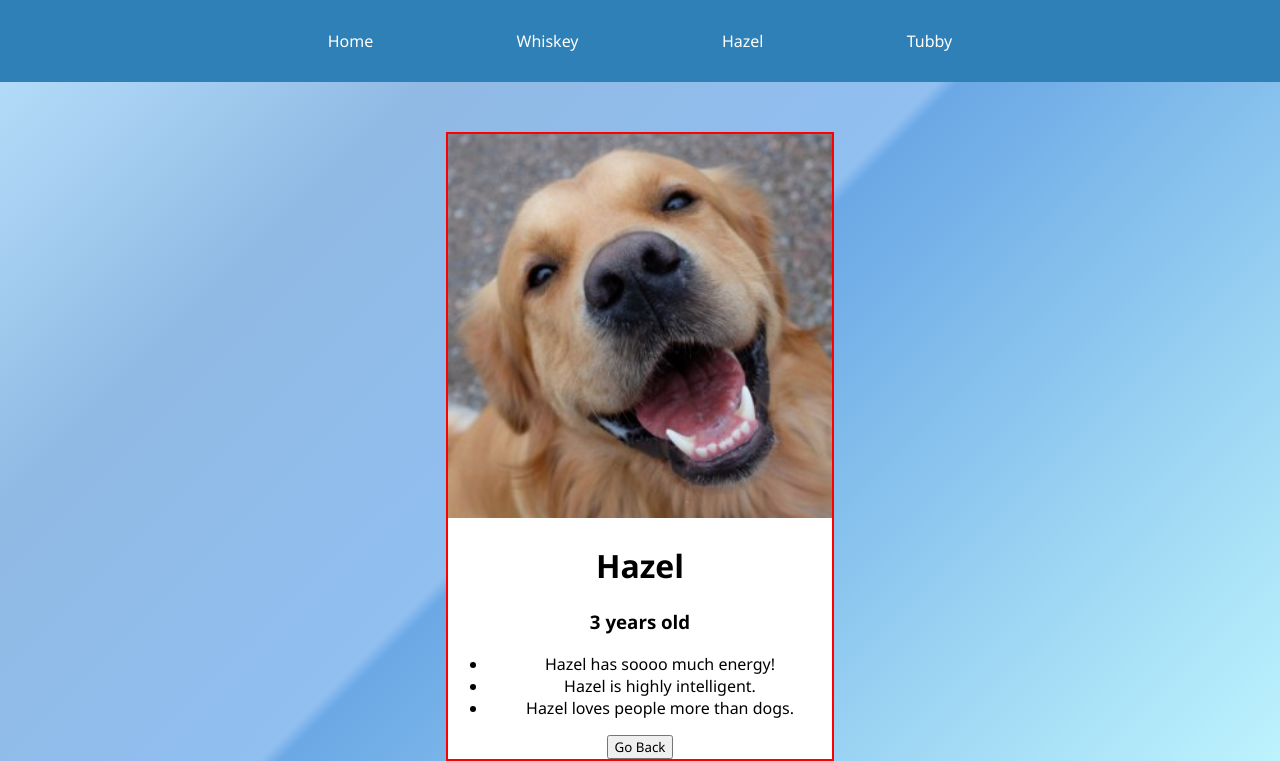
Repository: johnmutina/dog-finder
Page: /dogs/Hazel
These files come from the project's save history. The page is drawn as it stood at one moment and after the next save; the edit follows.
The browser window is 1280 px wide. The pictures show the whole page.
The project was rebuilt for these pictures with package versions that can differ from the ones it lists, and the page was loaded fresh each time. Also part of the build but not shown: src/DogFinder.css, src/DogFinder.js.

Above is the page before, as saved 2019-07-28 15:33:35.

### src/App.js
import React, { Component } from "react";
import { Switch, Route, NavLink, Redirect } from "react-router-dom";
import DogFinder from "./DogFinder";
import Dog from "./Dog";
import "./App.css";

// Import all images in image folder
function importAll(r) {
  let images = {};
  r.keys().map((item, index) => {
    images[item.replace("./", "")] = r(item);
  });
  return images;
}

const images = importAll(
  require.context("./assets", false, /\.(gif|jpe?g|svg)$/)
);

class App extends Component {
  static defaultProps = {
    dogs: [
      {
        name: "Whiskey",
        age: 5,
        src: images["whiskey.jpg"],
        facts: [
          "Whiskey loves eating popcorn.",
          "Whiskey is a terrible guard dog.",
          "Whiskey wants to cuddle with you!"
        ]
      },
      {
        name: "Hazel",
        age: 3,
        src: images["hazel.jpg"],
        facts: [
          "Hazel has soooo much energy!",
          "Hazel is highly intelligent.",
          "Hazel loves people more than dogs."
        ]
      },
      {
        name: "Tubby",
        age: 4,
        src: images["tubby.jpg"],
        facts: [
          "Tubby is not the brightest dog",
          "Tubby does not like walks or exercise.",
          "Tubby loves eating food."
        ]
      }
    ]
  };

  render() {
    return (
      <div className="App">
        {/* NAVBAR */}
        <div className="App-navbar">
          <NavLink to="/dogs" activeClassName="App-active-navlink">
            Home
          </NavLink>
          {this.props.dogs.map(dog => (
            <NavLink
              key={dog.name}
              to={`/dogs/${dog.name}`}
              activeClassName="App-active-navlink"
            >
              {dog.name}
            </NavLink>
          ))}
        </div>

        {/* ROUTES SETUP */}

        <Switch>
          <Route
            exact
            path="/dogs"
            render={routeProps => (
              <DogFinder dogs={this.props.dogs} {...routeProps} />
            )}
          />
          <Route
            exact
            path="/dogs/:name"
            render={routeProps => (
              <Dog
                {...this.props.dogs.filter(
                  dog => dog.name == routeProps.match.params.name
                )[0]}
                {...routeProps}
              />
            )}
          />
          <Route render={() => <Redirect to="/dogs" />} />
        </Switch>
      </div>
    );
  }
}

export default App;

### src/Dog.js
import React, { Component } from "react";
import "./Dog.css";

class Dog extends Component {
  render() {
    return (
      <div className="Dog">
        <img src={this.props.src} alt={`${this.props.name}`} />
        <h1>{this.props.name}</h1>
        <h3>{this.props.age} years old</h3>
        <ul>
          {this.props.facts.map(fact => (
            <li>{fact}</li>
          ))}
        </ul>
        <button onClick={this.props.history.goBack}>Go Back</button>
      </div>
    );
  }
}

export default Dog;

### src/App.css
* {
  font-family: "Segoe UI", Tahoma, Geneva, Verdana, sans-serif;
}

.App {
  min-height: 100vh;
  text-align: center;
  background: #b8e1fc; /* Old browsers */
  background: -moz-linear-gradient(
    -45deg,
    #b8e1fc 0%,
    #a9d2f3 10%,
    #90bae4 25%,
    #90bcea 37%,
    #90bff0 50%,
    #6ba8e5 51%,
    #a2daf5 83%,
    #bdf3fd 100%
  ); /* FF3.6-15 */
  background: -webkit-linear-gradient(
    -45deg,
    #b8e1fc 0%,
    #a9d2f3 10%,
    #90bae4 25%,
    #90bcea 37%,
    #90bff0 50%,
    #6ba8e5 51%,
    #a2daf5 83%,
    #bdf3fd 100%
  ); /* Chrome10-25,Safari5.1-6 */
  background: linear-gradient(
    135deg,
    #b8e1fc 0%,
    #a9d2f3 10%,
    #90bae4 25%,
    #90bcea 37%,
    #90bff0 50%,
    #6ba8e5 51%,
    #a2daf5 83%,
    #bdf3fd 100%
  ); /* W3C, IE10+, FF16+, Chrome26+, Opera12+, Safari7+ */
  filter: progid:DXImageTransform.Microsoft.gradient( startColorstr='#b8e1fc', endColorstr='#bdf3fd',GradientType=1 ); /* IE6-9 fallback on horizontal gradient */
}
.App-navbar {
  display: flex;
  background-color: #2e80b6;
  justify-content: space-around;
  padding: 30px 20%;
}

.App-navbar > * {
  color: white;
  text-decoration: none;
  text-transform: capitalize;
}

.App-navbar > *:hover {
  text-decoration: underline;
  font-weight: bolder;
}

### src/Dog.css
.Dog {
  border: 2px solid red;
  width: 40%;
  max-width: 30%;
  margin: 50px auto 0 auto;
  background: white;
}

.Dog img {
  width: 100%;
}

Loaded but not shown: public/index.html (common file); src/index.js (common file); src/index.css (common file); src/serviceWorker.js (common file)

After the next save:
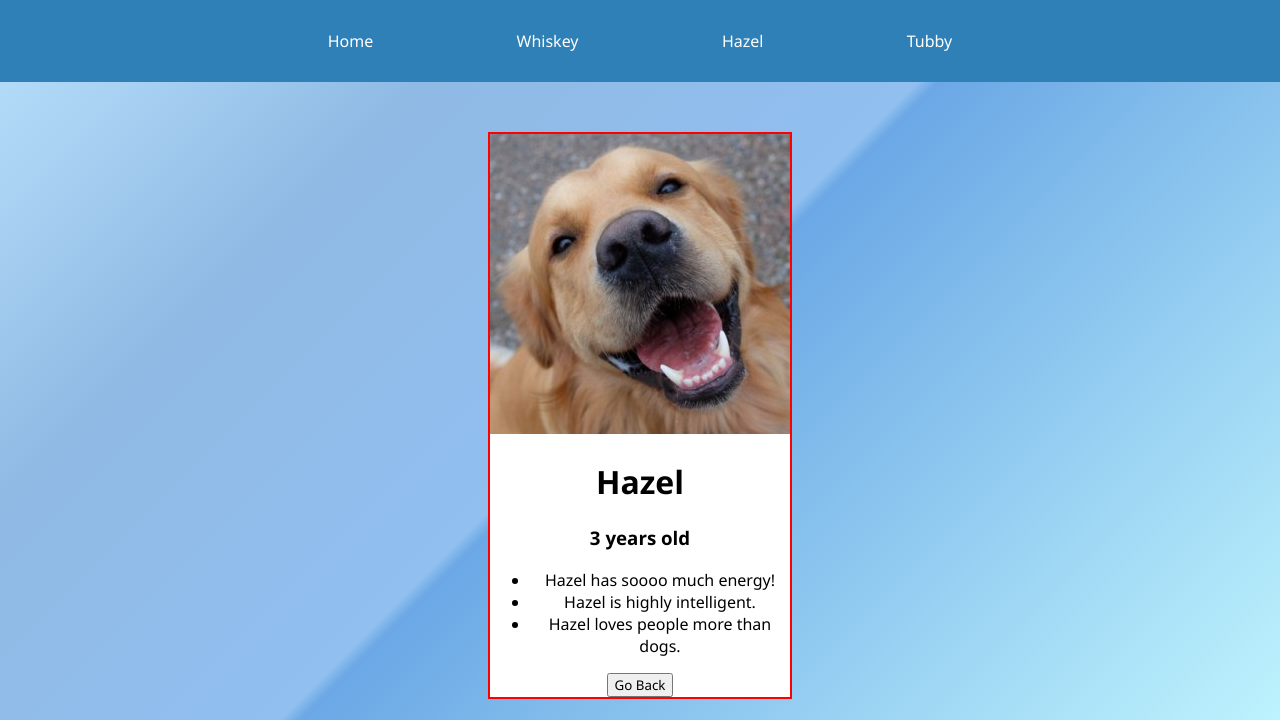
Saved 9 s later.
--- a/src/Dog.css
+++ b/src/Dog.css
@@ -1,7 +1,6 @@
 .Dog {
   border: 2px solid red;
-  width: 40%;
-  max-width: 30%;
+  width: 300px;
   margin: 50px auto 0 auto;
   background: white;
 }
